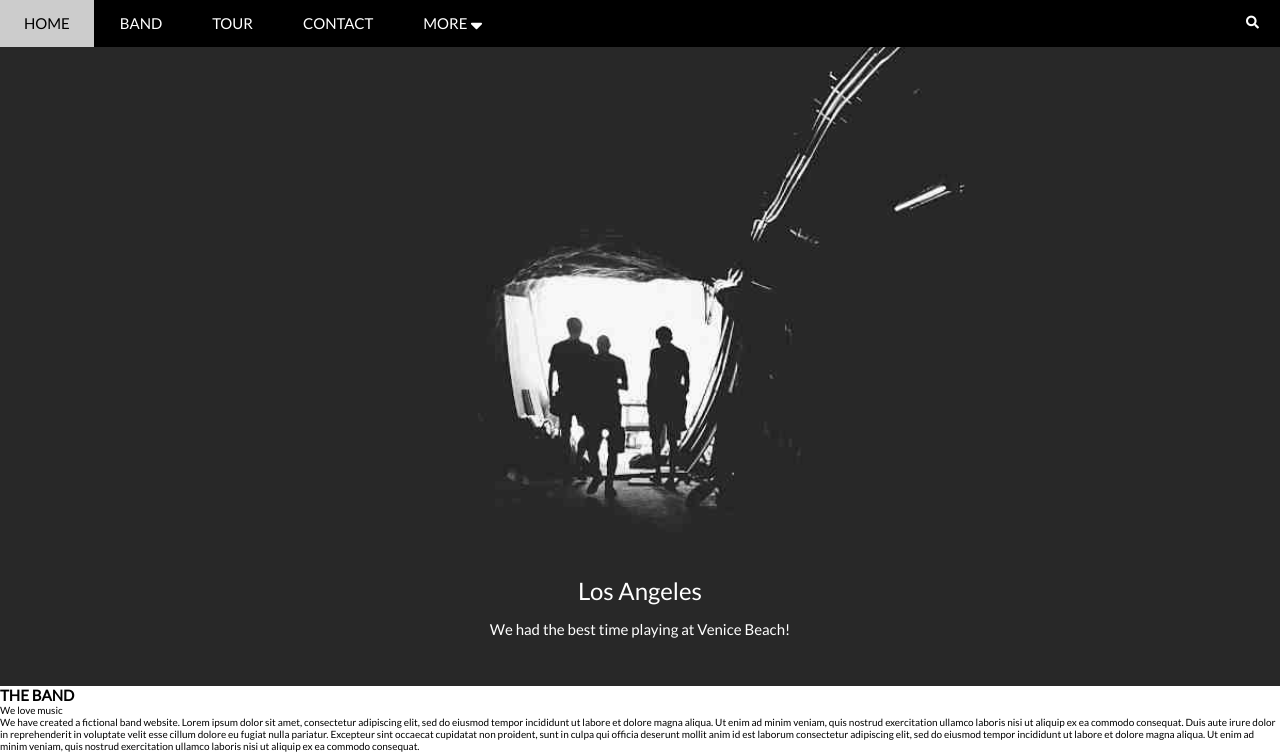
Repository: nguyenthaicong265/w3-band
Page: index.html
An editor plug-in stored every save of this project. The page is shown before and after the next save, followed by the edit.
The browser window is 1280 px wide. The pictures show the whole page.

Above is the page before, as saved 2021-12-28 16:35:10.

After the next save:
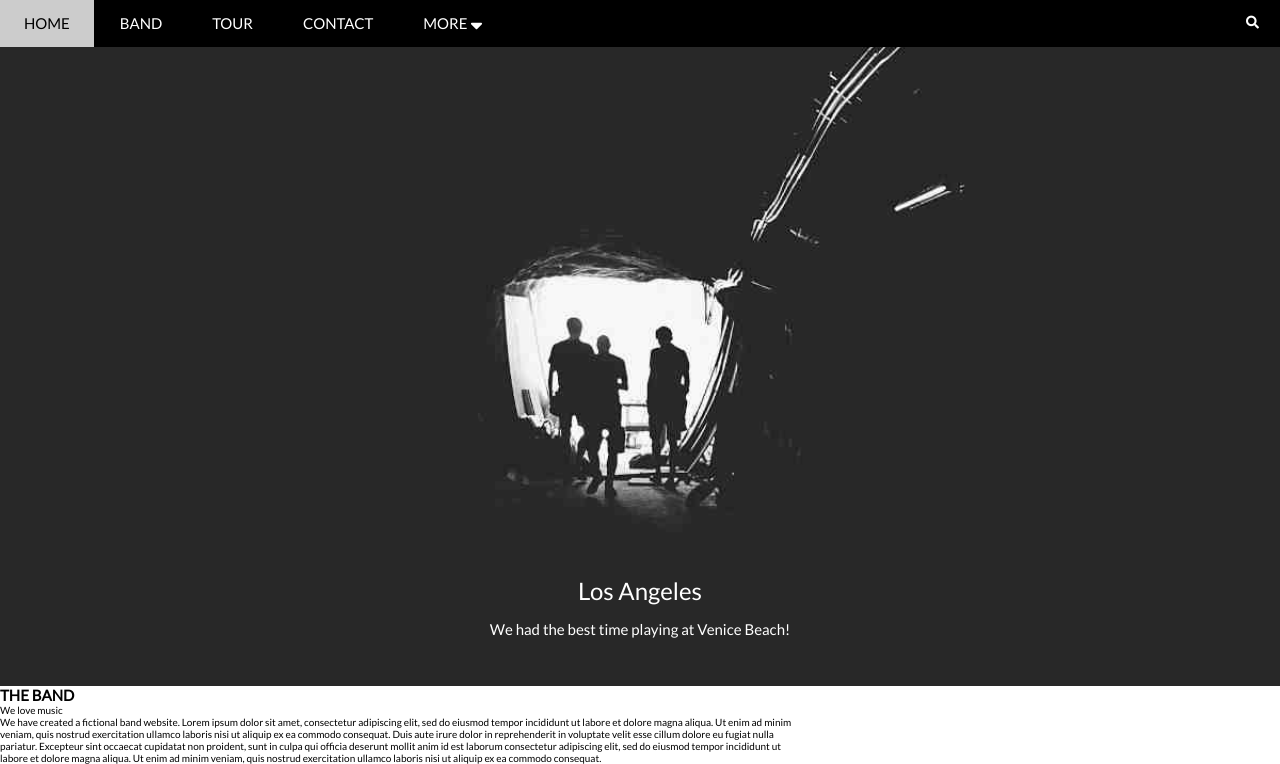
Saved 48 s later.
--- a/assets/css/styles.css
+++ b/assets/css/styles.css
@@ -125,7 +125,7 @@ html {
 
 }
 
-#content .section-content {
+#content .content-section {
     width: 800px;
 }
 
